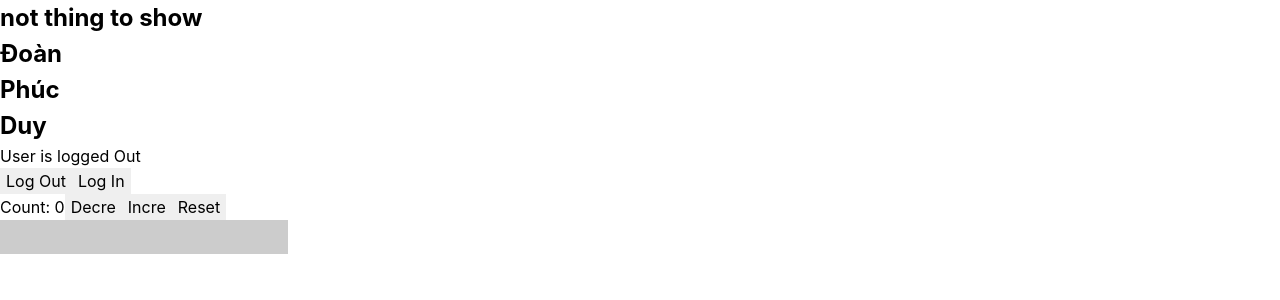
Repository: ledoanmk43/Demo_typescript
Page: /
An editor plug-in stored every save of this project. The page is shown before and after the next save, followed by the edit.
The browser window is 1280 px wide. The pictures show the whole page.
The project was rebuilt for these pictures with package versions that can differ from the ones it lists, and the page was loaded fresh each time.

Above is the page before, as saved 2022-03-08 14:18:23.

After the next save:
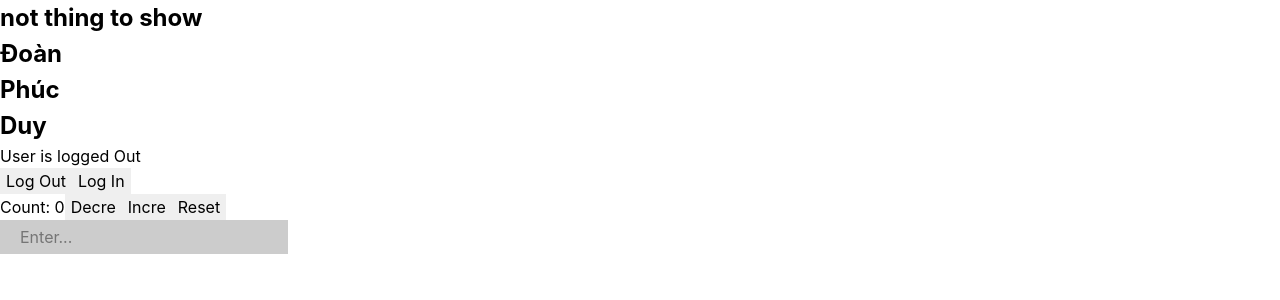
Saved 13 s later.
--- a/src/components/ref/DomRef.tsx
+++ b/src/components/ref/DomRef.tsx
@@ -12,6 +12,7 @@ const DomRef = () => {
       <input
         type="text"
         ref={inputRef}
+        placeholder="Enter..."
         style={{ padding: "5px 20px", backgroundColor: "#ccc" }}
       />
     </div>
